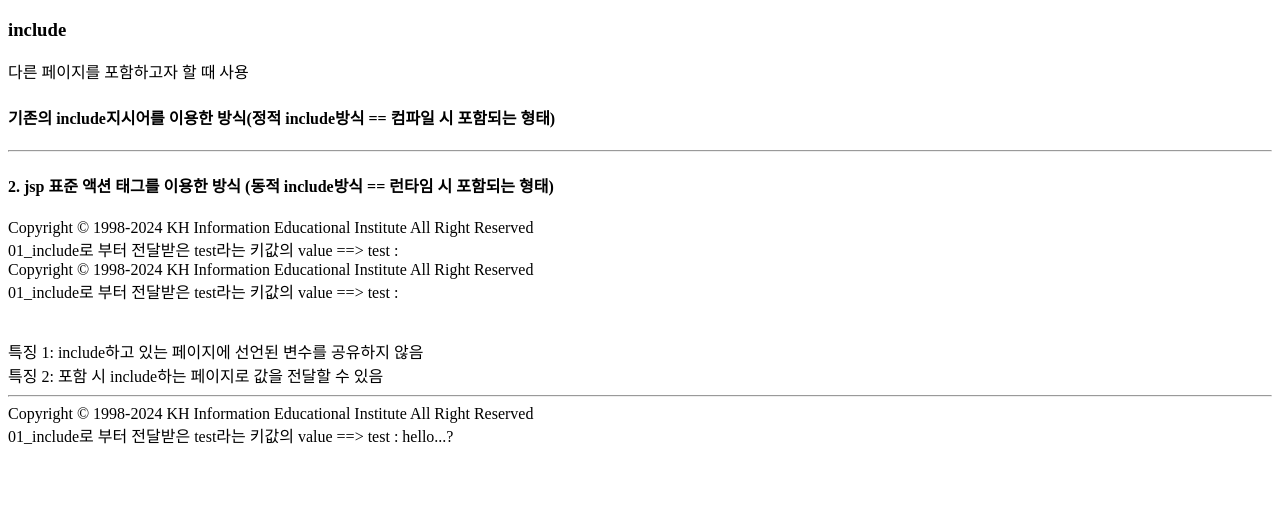
Repository: judeyong/myWebWorkSpace2
Page: http://localhost/Action_Project/views/StandardAction/01_include.jsp
An editor plug-in stored every save of this project. The page is shown before and after the next save, followed by the edit.
The browser window is 1280 px wide. The pictures show the whole page.
The page is served by Tomcat 9.

Above is the page before, as saved 2024-04-03 03:35:24.

After the next save:
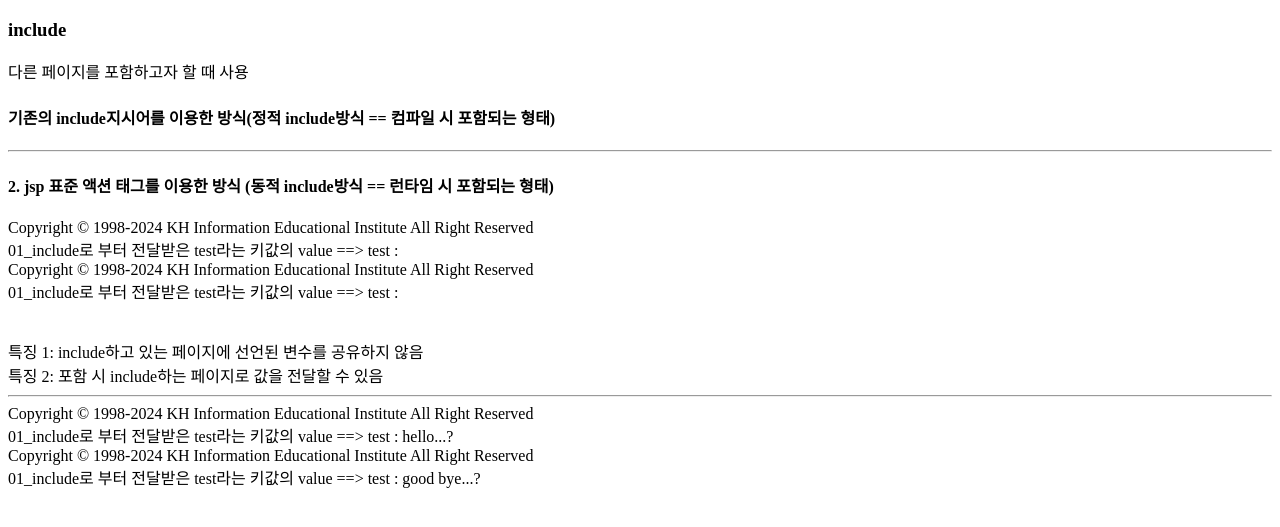
Saved 47 s later.
--- a/Action_Project/WebContent/views/StandardAction/01_include.jsp
+++ b/Action_Project/WebContent/views/StandardAction/01_include.jsp
@@ -55,7 +55,9 @@
 		<jsp:param value="hello...?" name="test" />
 	</jsp:include>
 
-
+	<jsp:include page="footer.jsp" >
+		<jsp:param value="good bye...?" name="test" />
+	</jsp:include>
 
 
 
